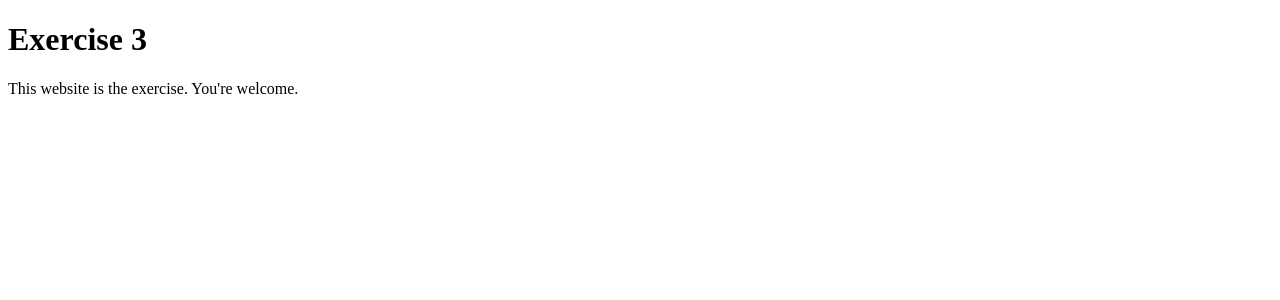
Repository: mclearc1/IMM-130-Files
Page: assignments_directory/assignments/exercise3.html
The author's editor kept a record of every edit. The page is drawn from the files as they stood at one moment, then again after the next edit.
The browser window is 1280 px wide. The pictures show the whole page.

Above is the page before.

### assignments_directory/assignments/exercise3.html
<!DOCTYPE html>
<html>

<!-- This chunk is for the title of the webpage. -->

<head>
<meta charset="utf-8">
<title>Exercise 3</title>
</head>

<!-- This chunk is for the text, also demonstrating how
color, bold, and italics work with html. -->

<body>
<h1>Exercise 3</h1>
<p>This website is the exercise. You're welcome.</p>
</body>

</html>

After the next edit:
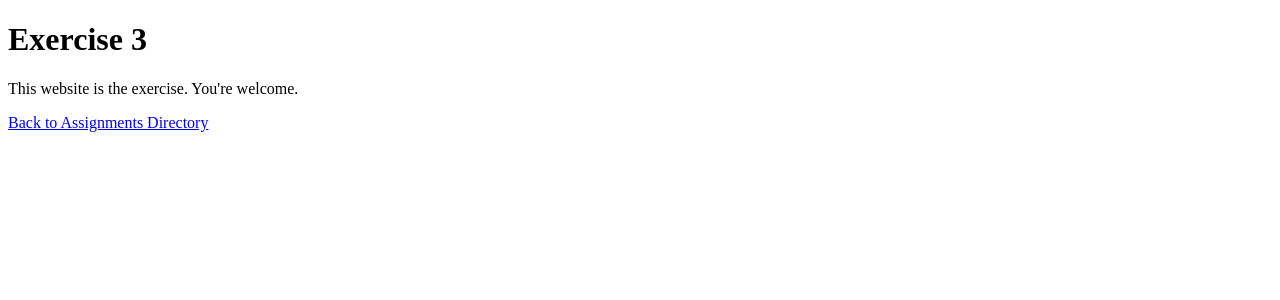
The edit:
--- a/assignments_directory/assignments/exercise3.html
+++ b/assignments_directory/assignments/exercise3.html
@@ -14,6 +14,7 @@
 <body>
 <h1>Exercise 3</h1>
 <p>This website is the exercise. You're welcome.</p>
+<a href="../assignments.html">Back to Assignments Directory</a>
 </body>
 
 </html>
